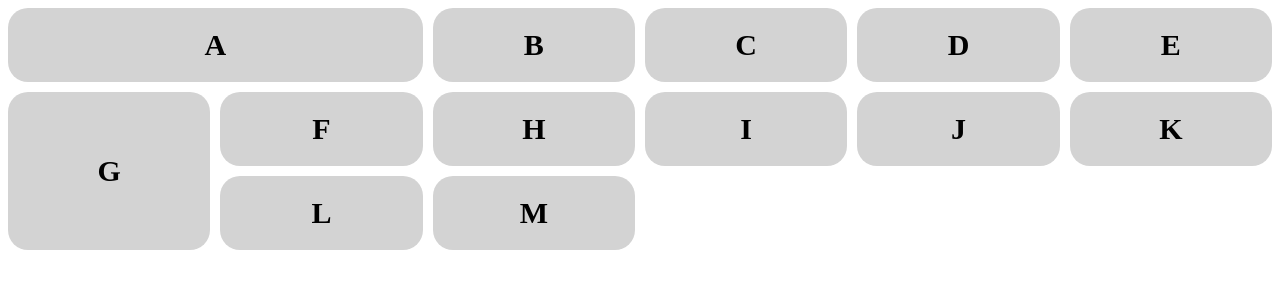
Repository: Yevhen94/nixhw
Page: fourth-lesson/index.html
These files come from the project's save history. The page is drawn as it stood at one moment and after the next save; the edit follows.
The browser window is 1280 px wide. The pictures show the whole page.

Above is the page before, as saved 2022-02-08 14:44:33.

After the next save:
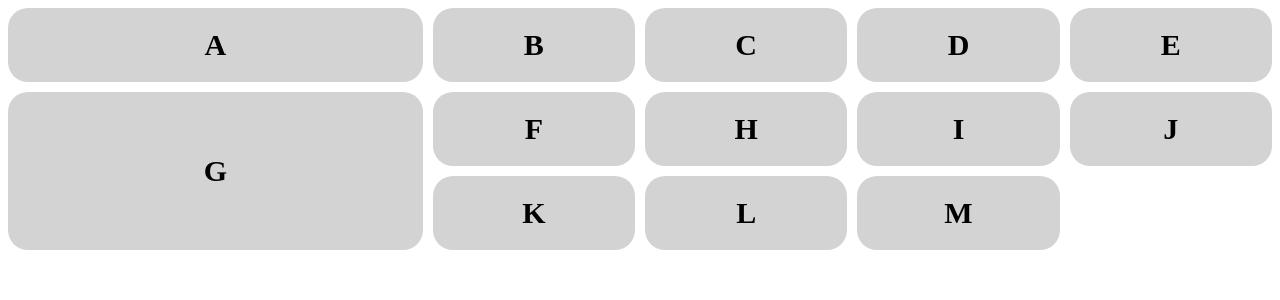
Saved 16 s later.
--- a/fourth-lesson/styles/index.css
+++ b/fourth-lesson/styles/index.css
@@ -55,7 +55,5 @@
 }
 
 .four-in-one {
-	grid-area: 2 / auto / ;
-  grid-row: 2 / span 2;
-	gri
+  grid-area: 2 / auto / span 2 / span 2;
 }
